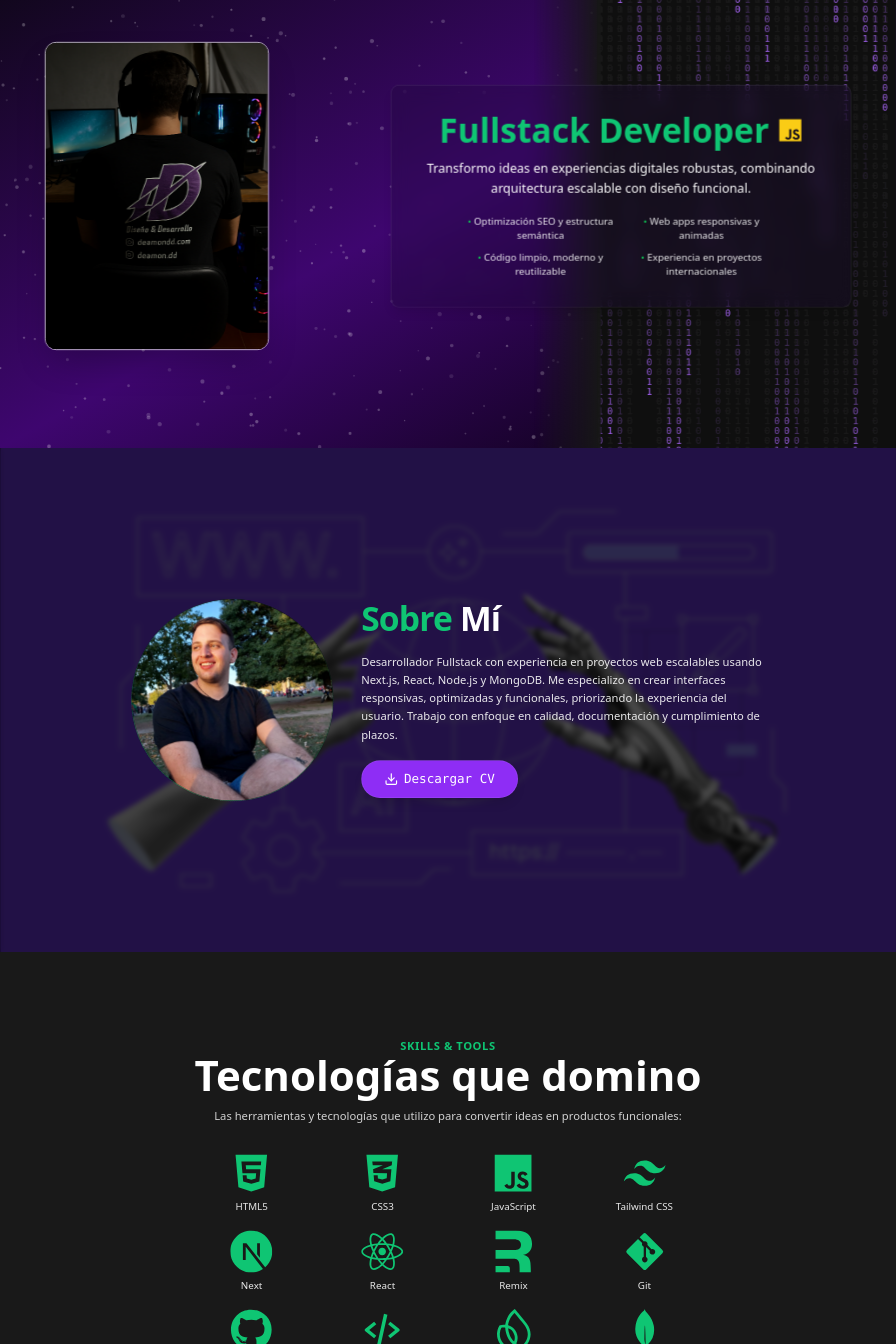
Repository: francoluca35/portfolio-franco-dev
Page: /
These files come from the project's save history. The page is drawn as it stood at one moment and after the next save; the edit follows.
The browser window is 1280 px wide. The pictures show the part of the page from y = 0 to 1920 px (the page is 3546 px tall), at 70% of full size.
The project was rebuilt for these pictures with package versions that can differ from the ones it lists, and the page was loaded fresh each time. The framework's server and built-in components were replaced by stand-ins that run in the browser. Also part of the build but not shown: next.config.js.

Above is the page before, as saved 2025-05-06 06:36:44.

After the next save:
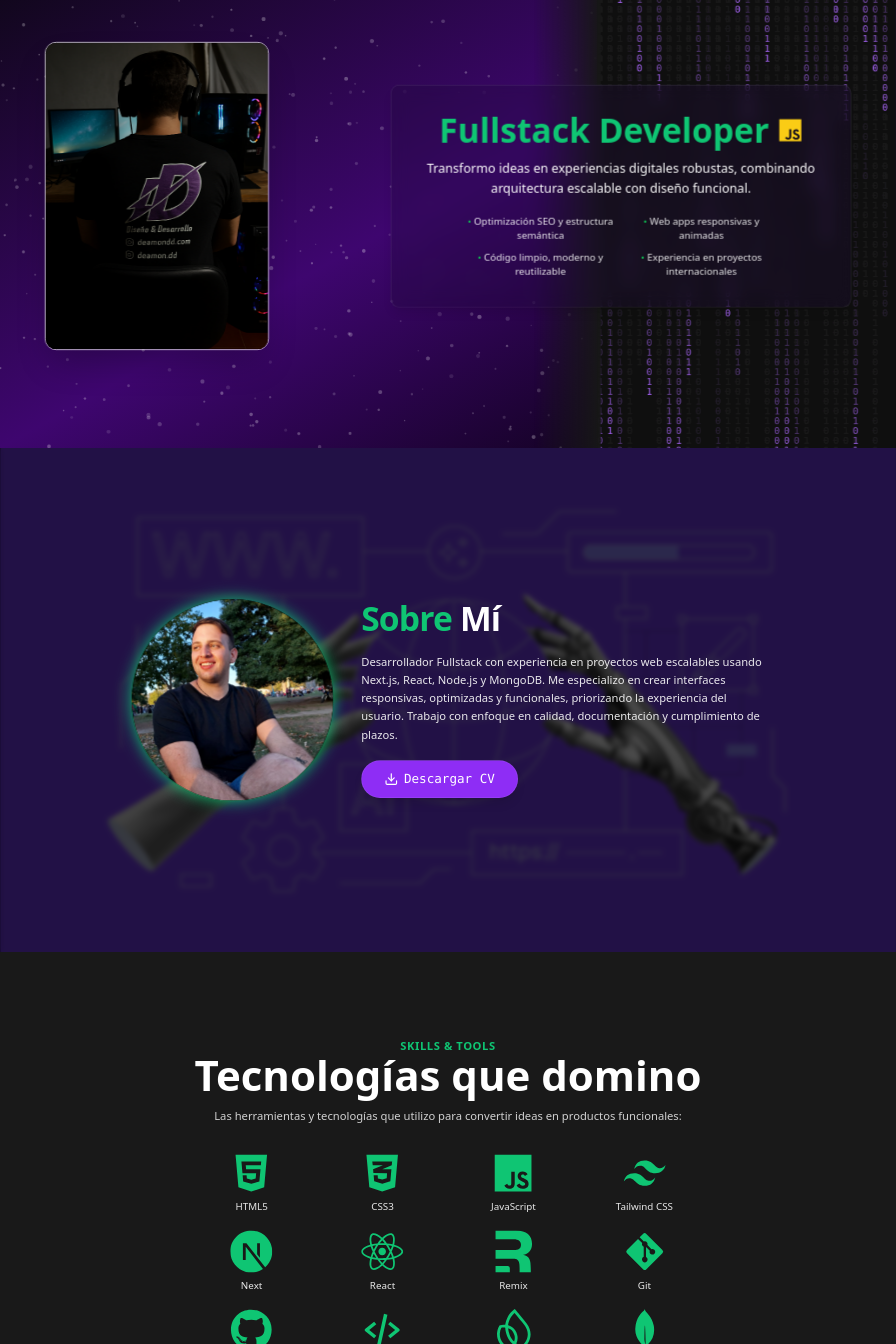
Saved 70 s later.
--- a/components/rotating-border.css
+++ b/components/rotating-border.css
@@ -1,8 +1,9 @@
 /* rotating-border.css */
 .rotating-border {
   background: conic-gradient(#0fc573, #1a1a1a, #0fc573);
-  animation: spin 4s linear infinite;
+  animation: spin 4s linear infinite, glow 2s ease-in-out infinite alternate;
   border-radius: 9999px;
+  filter: drop-shadow(0 0 8px #0fc573);
 }
 
 @keyframes spin {
@@ -13,3 +14,12 @@
     transform: rotate(360deg);
   }
 }
+
+@keyframes glow {
+  0% {
+    filter: drop-shadow(0 0 4px #0fc573);
+  }
+  100% {
+    filter: drop-shadow(0 0 12px #0fc573);
+  }
+}
